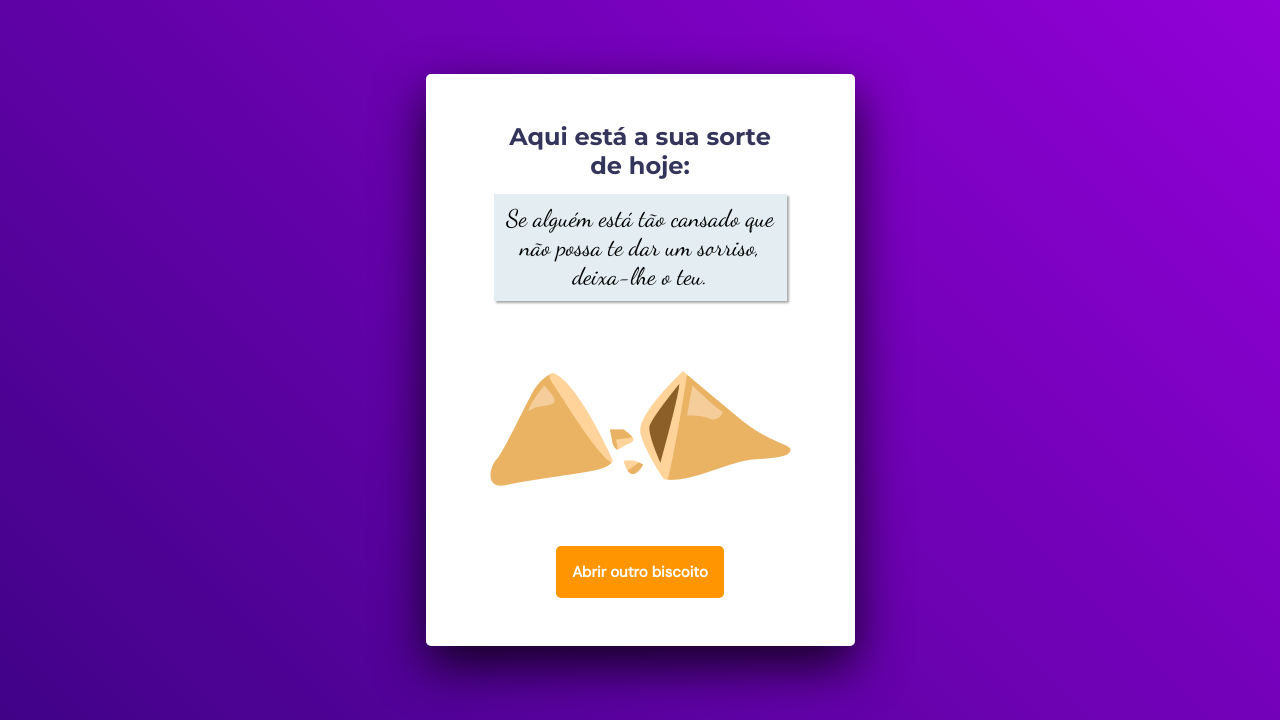
Repository: caueenrico/cookieCoach
Page: index.html
The author's editor kept a copy of each file at every save. The page is drawn from the files as they stood at one save, then again after the next save.
The browser window is 1280 px wide. The pictures show the whole page.
After loading, the first visible `button` was clicked once.

Above is the page before, as saved 2023-06-27 16:52:16.
Console error (its wording comes from the project's code and is left out).

After the next save:
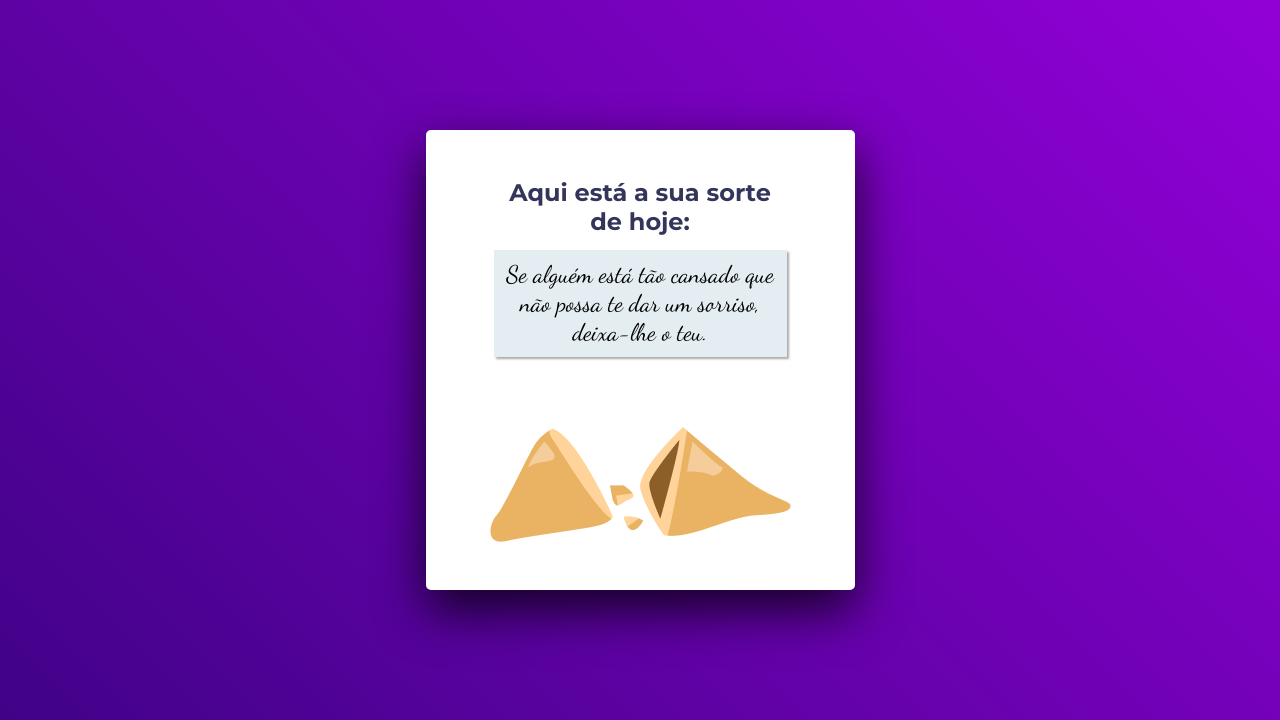
The error is gone.
Saved 5 s later.
--- a/script.js
+++ b/script.js
@@ -8,5 +8,5 @@ img.addEventListener('click', () => {
 )
 
 btn.addEventListener('click', () => {
-  btn.classList.toggle('')
+  btn.classList.toggle('hide')
 })
